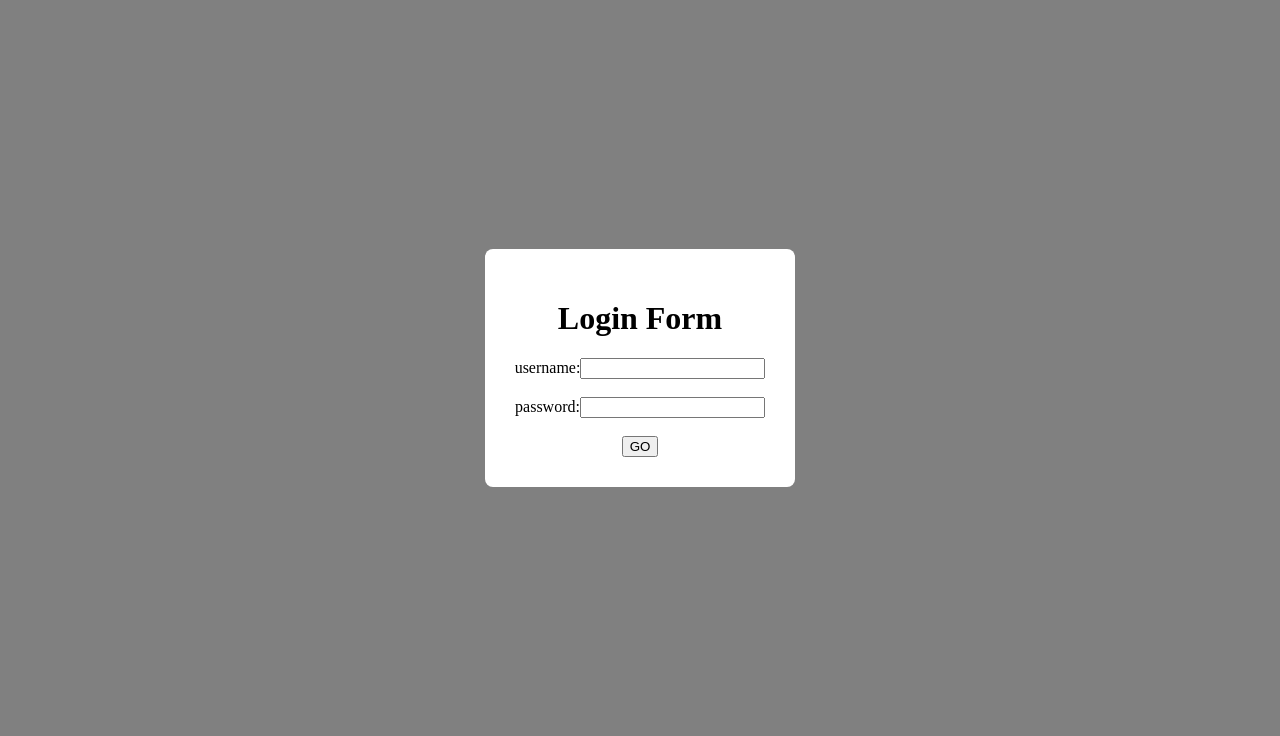
Repository: VIJAYkollu-7568/rakhi
Page: jsp/src/main/webapp/login.html
These files come from the project's save history. The page is drawn as it stood at one moment and after the next save; the edit follows.
The browser window is 1280 px wide. The pictures show the whole page.

Above is the page before, as saved 2024-11-07 10:02:39.

After the next save:
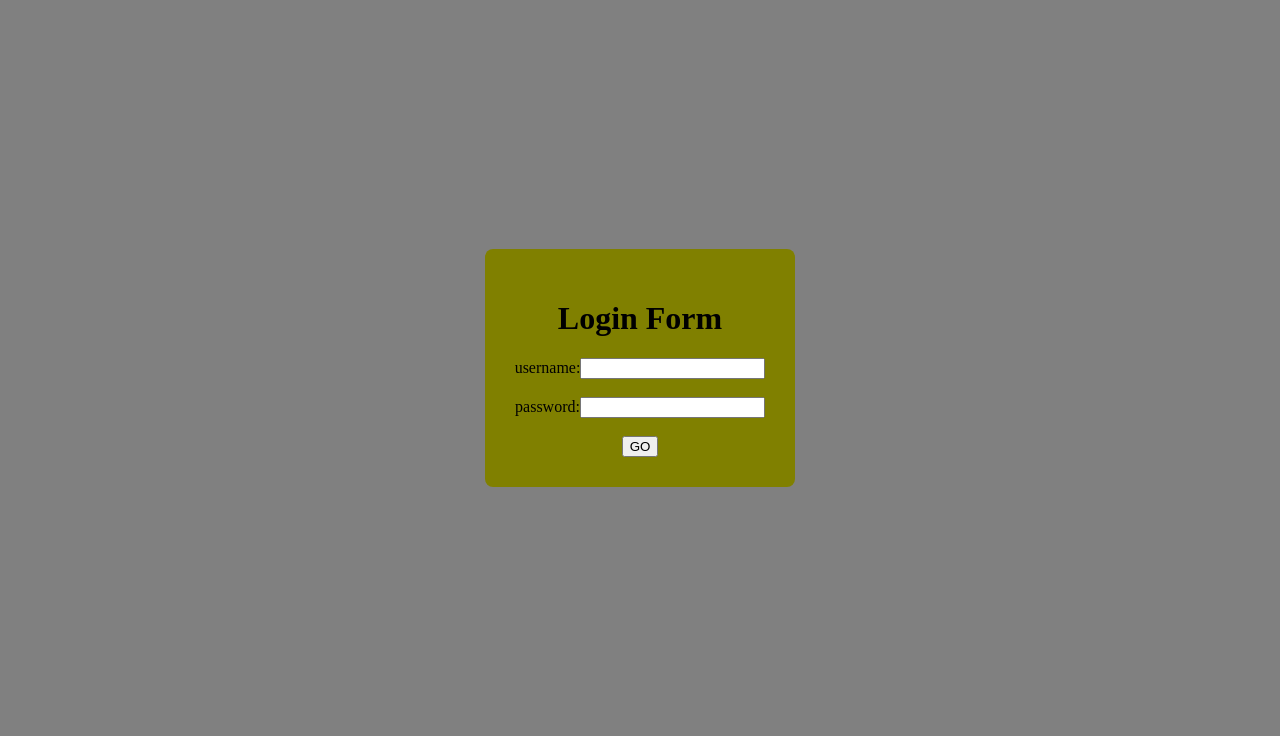
Saved 13 s later.
--- a/jsp/src/main/webapp/login.html
+++ b/jsp/src/main/webapp/login.html
@@ -15,7 +15,7 @@ align-items: center;
 
 }
 form{
-background-color:white;
+background-color:olive;
 align-items: center;
 border-radius:8px;
 padding:30px;
